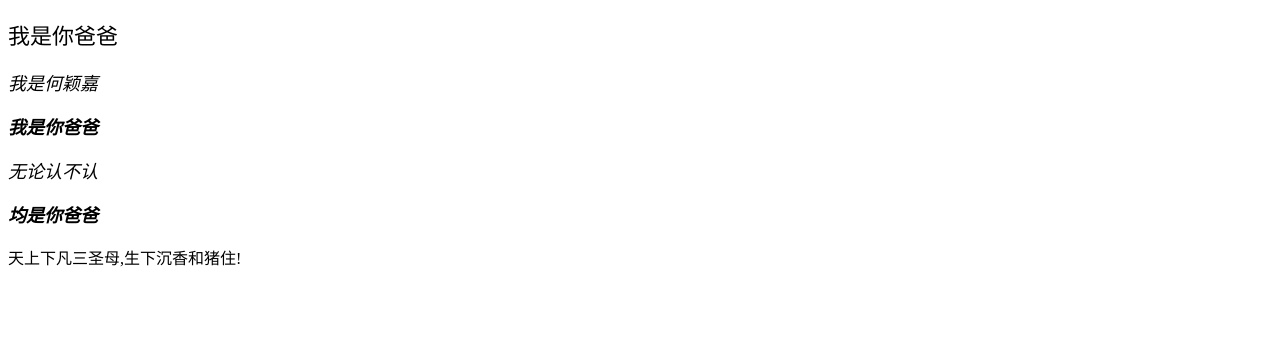
Repository: TheBestBadGuy0228/code
Page: css中的字体属性.HTML
An editor plug-in stored every save of this project. The page is shown before and after the next save, followed by the edit.
The browser window is 1280 px wide. The pictures show the whole page.

Above is the page before, as saved 2021-09-29 10:01:44.

After the next save:
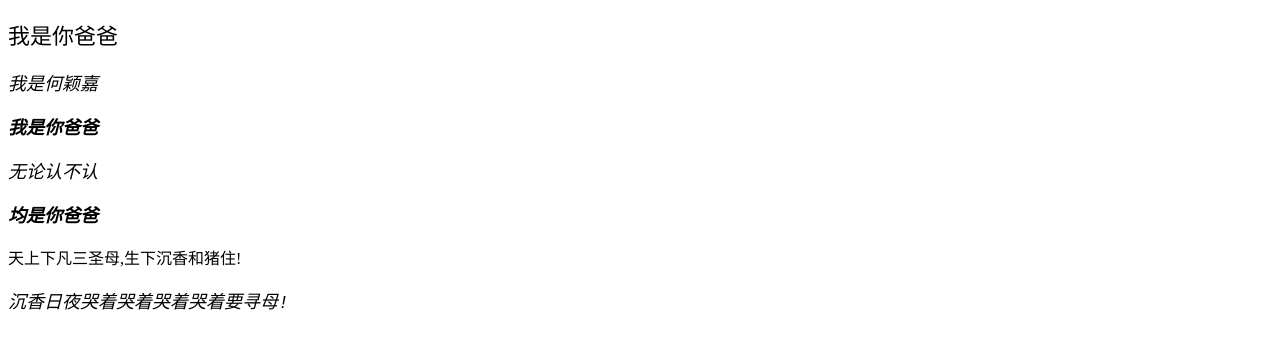
Saved 9 min 28 s later.
--- a/css中的字体属性.HTML
+++ b/css中的字体属性.HTML
@@ -32,8 +32,11 @@
              font-style: italic; /* 斜体 */
         }
         em {
-            /* 让当前字体不倾斜 平时我们很少给文字加斜体，反而要给斜体标签（em，）改为不倾斜字体。*/
+            /* 让当前字体不倾斜 平时我们很少给文字加斜体，反而要给斜体标签（em）改为不倾斜字体。*/
             font-style: normal;
+        }
+        .test{
+            font: italic 700 30px '黑体';
         }
     </style>
 </head>
@@ -73,6 +76,11 @@ bold        定义粗体（加粗的）
 实际开发时，我们更喜欢用数字表示粗细
 -->
 
+<!-- 字体属性可以把以上文字样式综合来写，这样可以更节约代码：
+body {
+font: font-style font-weight font-size/line-height font-family;
+使用font属性时，必须按上面语法格式中的顺序书写，不能更换顺序,并且各个属性间以空格隔开
+不需要设置的属性可以省略（取默认值），但必须保留font-size和font-family属性，否则font属性将不起作用 -->
     <h2>我是你爸爸</h2>
     <p>我是何颖嘉</p>
     <strong>
@@ -81,5 +89,6 @@ bold        定义粗体（加粗的）
     <p>无论认不认</p>
     <p class="Weight">均是你爸爸</p>
     <em>天上下凡三圣母,生下沉香和猪住!</em>
+    <p>沉香日夜哭着哭着哭着哭着要寻母!</p>
 </body>
 </html>
